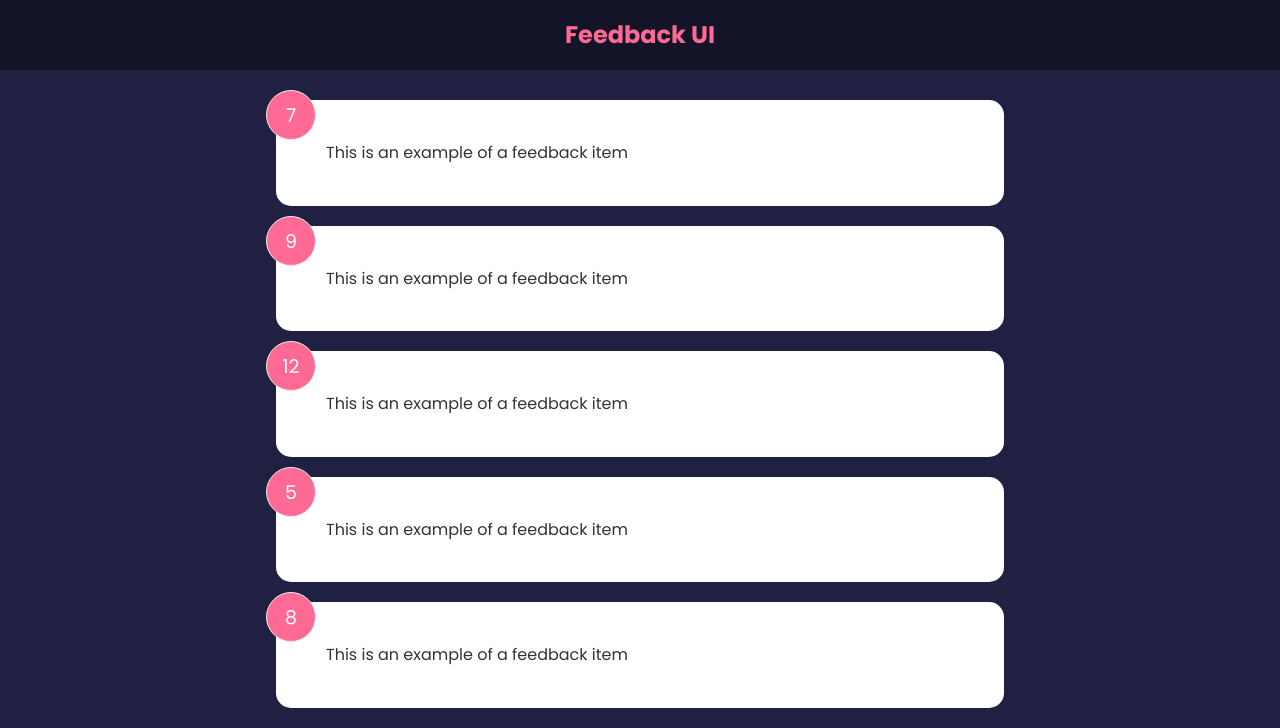
Repository: bayorwor/feedbackapp
Page: /
An editor plug-in stored every save of this project. The page is shown before and after the next save, followed by the edit.
The browser window is 1280 px wide. The pictures show the whole page.
The project was rebuilt for these pictures with package versions that can differ from the ones it lists, and the page was loaded fresh each time.

Above is the page before, as saved 2022-01-30 17:52:28.

After the next save:
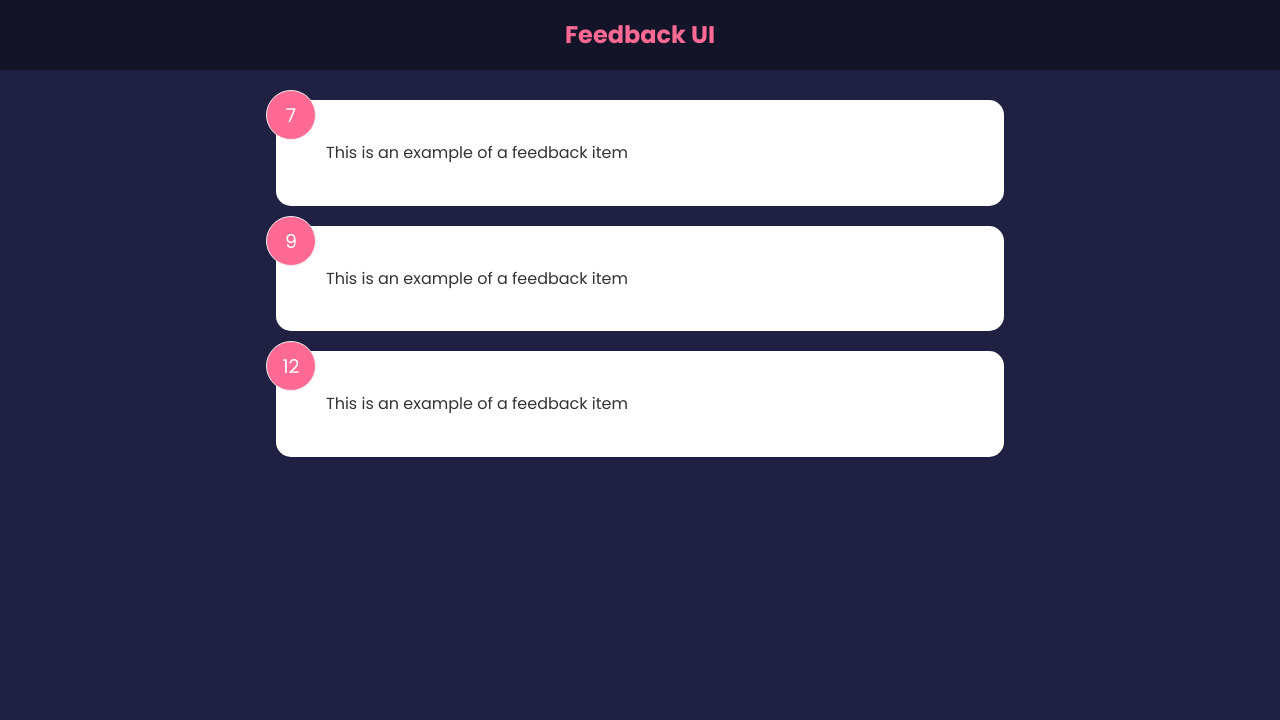
Saved 51 s later.
--- a/src/data/feedBacks.js
+++ b/src/data/feedBacks.js
@@ -14,16 +14,6 @@ const feedbackData = [
     text: "This is an example of a feedback item",
     id: 3,
   },
-  {
-    rating: 5,
-    text: "This is an example of a feedback item",
-    id: 4,
-  },
-  {
-    rating: 8,
-    text: "This is an example of a feedback item",
-    id: 5,
-  },
 ];
 
 export default feedbackData;
